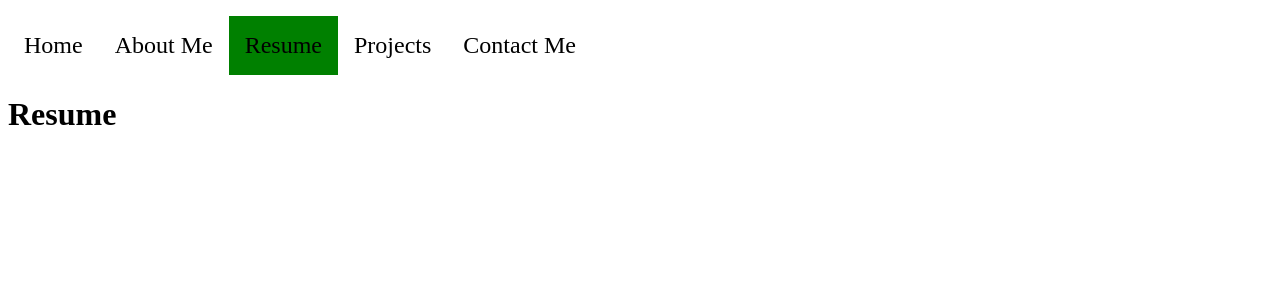
Repository: meganclapinski/meganclapinski.github.io
Page: resume.html
The author's editor kept a record of every edit. The page is drawn from the files as they stood at one moment, then again after the next edit.
The browser window is 1280 px wide. The pictures show the whole page.

Above is the page before.

### resume.html
<!DOCTYPE html>
<html>
   <head>
   <title>Megan's Portfolio</title>


 <link rel="stylesheet" type="text/css" href="style.css">

   </head>

     <body>
        <ul class="navbar">
            <li> <a href="index.html">Home</a></li>
            <li> <a href="aboutme.html">About Me</a></li>
           <li class="active"> <a href="resume.html" >Resume</a></li>

            <li class= "dropdown">
              <div>Projects</div>
              <ul class="dropdown-content">
                   <li> <a href="project1.html">Project 1</a></li>
                   <li> <a href="project2.html">Project 2</a></li>
                  <li> <a href="project3.html">Project 3</a></li>
              </ul>
            </li>
             <li><a href="contactme.html">Contact Me</a></li>
        </ul>

           <h1>Resume</h1>

   </body>
</html>

### style.css
 .navbar{
           list-style:none;
           background-color:white;
           overflow: hidden;
           padding: 0;
       }
       .navbar a, .dropdown div {
           text-decoration:none;
           color:black;
           font-size: 24px;
           padding: 16px ;
           display:inline-block ;
       }
       .navbar li{
           float:left;

       }
       .navbar li:hover{
           background-color:red;
       }
       .dropdown-content{
           list-style:none;
           padding:0;
           display:none;
           position:absolute;
           z-index:1;
           background-color:#ccffb3;
       }
       .dropdown-content li{
           float:none;

       }
       .dropdown:hover .dropdown-content{
           display:block;
       }
        .active {
           background-color:green;
       }

After the next edit:
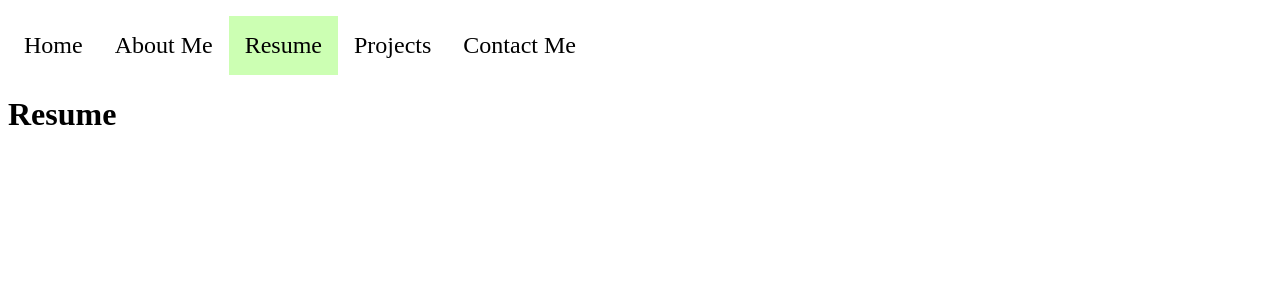
The edit:
--- a/style.css
+++ b/style.css
@@ -34,5 +34,5 @@
            display:block;
        }
         .active {
-           background-color:green;
+           background-color:#ccffb3;
        }
